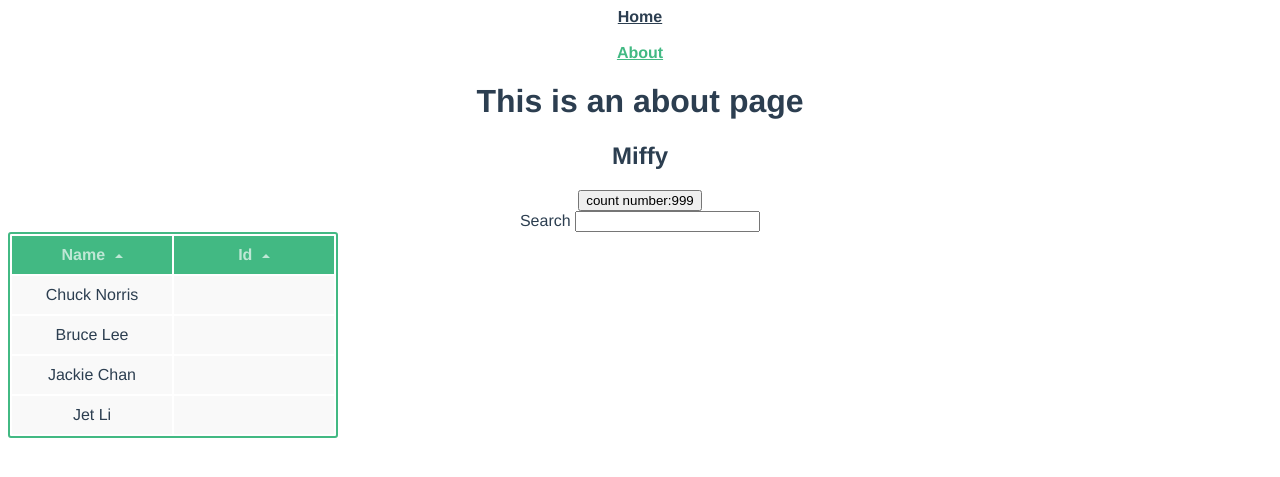
Repository: HaoMiffy/vue3-compisition-Typescript-pinia
Page: /about
An editor plug-in stored every save of this project. The page is shown before and after the next save, followed by the edit.
The browser window is 1280 px wide. The pictures show the whole page.
The project was rebuilt for these pictures with package versions that can differ from the ones it lists, and the page was loaded fresh each time. Also part of the build but not shown: vue.config.js, src/components/HelloWorld.vue, src/views/HomeView.vue.

Above is the page before, as saved 2022-12-12 17:36:51.

### src/main.ts
import { createApp } from 'vue'
import App from './App.vue'
import router from './router'
import { createPinia } from 'pinia'

createApp(App).use(createPinia()).use(router).mount('#app')

### src/App.vue
<template>
<navbar></navbar>
<RouterView></RouterView>
</template>


<script lang="ts" setup>
import navbar from './components/navbar.vue'
</script>

<style>
#app {
  font-family: Avenir, Helvetica, Arial, sans-serif;
  -webkit-font-smoothing: antialiased;
  -moz-osx-font-smoothing: grayscale;
  text-align: center;
  color: #2c3e50;
}

.nav {
  padding: 30px;
  text-align: left;
}



nav a {
  font-weight: bold;
  color: #2c3e50;
}

nav a.router-link-exact-active {
  color: #42b983;
}
</style>

### src/components/navbar.vue
<!-- eslint-disable vue/multi-word-component-names -->
<template>
    <nav class="navbar navbar-default">
        <div class="container-fluid">
            <div class="navbar-header">
                <router-link to="/" class="item">Home</router-link>
            </div>
            <br />
            <div>
                <router-link to="/about" class="item">About</router-link>
            </div>
        </div>
    </nav>
</template>

### src/views/AboutView.vue
<template>
  <div class="about">
    <h1>This is an about page</h1>
    <h2>{{ max }}</h2>
    <button @click="click()">count number:{{ counter.count }}</button>
    <form id="search">
      Search <input name="query" v-model="searchQuery">
    </form>
    <Table :data="Data" :columns="Columns" :filter-key="searchQuery"></Table>
  </div>
</template>

<script setup>
import { ref, reactive } from 'vue'
import { PublicStore } from '@/store/index'

import Table from './table.vue'


const store = PublicStore()




const max = ref("Miffy")
const counter = reactive({ count: 999 })

const searchQuery = ref('')
const Columns = ['name', 'id']
const Data = ([
  { name: 'Chuck Norris', power: Infinity },
  { name: 'Bruce Lee', power: 9000 },
  { name: 'Jackie Chan', power: 7000 },
  { name: 'Jet Li', power: 8000 }])

function click() {
  counter.count++
}





</script>

<style>
.table {
  margin-top: 25px;
  display: flex;
  justify-content: center;
  align-items: center;
}
</style>

### src/store/index.ts
import { defineStore } from 'pinia'
export const PublicStore = defineStore('Public', { // Public项目唯一id
  state: () => ({
    data: [
      {
        name: 'Chuck Norris',
        id: Infinity
      },
      {
        name: 'Bruce Lee',
        id: 9000
      },
      {
        name: 'Jackie Chan',
        id: 7000
      },
      {
        name: 'Jet Li',
        id: 8000
      }
    ]
  }),
  getters: {

  },
  actions: {

  },
})

### src/views/table.vue
<!-- eslint-disable vue/multi-word-component-names -->
<script setup >
import { ref, computed,defineProps} from 'vue'

const props = defineProps({
  data: Array,
  columns: Array,
  filterKey: String
})

const sortKey = ref('')
const sortOrders = ref(
  props.columns.reduce((o, key) => ((o[key] = 1), o), {})
)

const filteredData = computed(() => {
  let { data, filterKey } = props
  if (filterKey) {
    filterKey = filterKey.toLowerCase()
    data = data.filter((row) => {
      return Object.keys(row).some((key) => {
        return String(row[key]).toLowerCase().indexOf(filterKey) > -1
      })
    })
  }
  const key = sortKey.value
  if (key) {
    const order = sortOrders.value[key]
    data = data.slice().sort((a, b) => {
      a = a[key]
      b = b[key]
      return (a === b ? 0 : a > b ? 1 : -1) * order
    })
  }
  return data
})

function sortBy(key) {
  sortKey.value = key
  sortOrders.value[key] *= -1
}

function capitalize(str) {
  return str.charAt(0).toUpperCase() + str.slice(1)
}
</script>

<template>
  <table v-if="filteredData.length">
    <thead>
      <tr>
        <th v-for="key in columns"
          @click="sortBy(key)"
          :class="{ active: sortKey == key }" :key="capitalize(key)">
          {{ capitalize(key) }}
          <span class="arrow" :class="sortOrders[key] > 0 ? 'asc' : 'dsc'">
          </span>
        </th>
      </tr>
    </thead>
    <tbody>
      <tr v-for="entry in filteredData" :key="entry[key]">
        <td v-for="key in columns" :key="entry[key]">
          {{entry[key]}}
        </td>
      </tr>
    </tbody>
  </table>
  <p v-else>No matches found.</p>
</template>

<style>
table {
  border: 2px solid #42b983;
  border-radius: 3px;
  background-color: #fff;
}

th {
  background-color: #42b983;
  color: rgba(255, 255, 255, 0.66);
  cursor: pointer;
  user-select: none;
}

td {
  background-color: #f9f9f9;
}

th,
td {
  min-width: 120px;
  padding: 10px 20px;
}

th.active {
  color: #fff;
}

th.active .arrow {
  opacity: 1;
}

.arrow {
  display: inline-block;
  vertical-align: middle;
  width: 0;
  height: 0;
  margin-left: 5px;
  opacity: 0.66;
}

.arrow.asc {
  border-left: 4px solid transparent;
  border-right: 4px solid transparent;
  border-bottom: 4px solid #fff;
}

.arrow.dsc {
  border-left: 4px solid transparent;
  border-right: 4px solid transparent;
  border-top: 4px solid #fff;
}
</style>

Loaded but not shown: src/router/index.ts (common file)

After the next save:
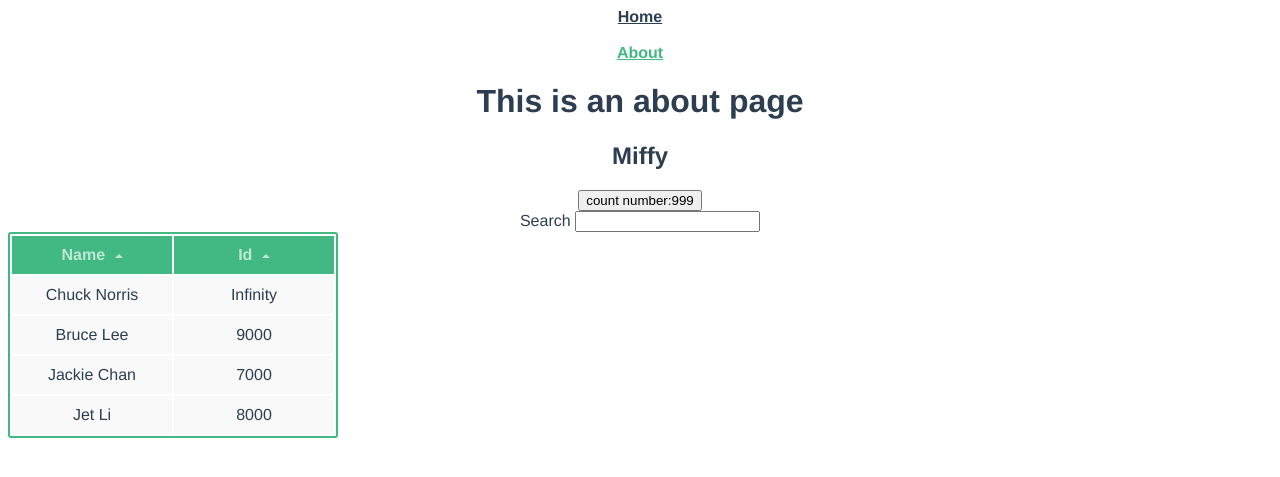
Saved 84 s later.
--- a/src/views/AboutView.vue
+++ b/src/views/AboutView.vue
@@ -28,10 +28,22 @@ const counter = reactive({ count: 999 })
 const searchQuery = ref('')
 const Columns = ['name', 'id']
 const Data = ([
-  { name: 'Chuck Norris', power: Infinity },
-  { name: 'Bruce Lee', power: 9000 },
-  { name: 'Jackie Chan', power: 7000 },
-  { name: 'Jet Li', power: 8000 }])
+  {
+    name: 'Chuck Norris',
+    id: Infinity
+  },
+  {
+    name: 'Bruce Lee',
+    id: 9000
+  },
+  {
+    name: 'Jackie Chan',
+    id: 7000
+  },
+  {
+    name: 'Jet Li',
+    id: 8000
+  }])
 
 function click() {
   counter.count++
